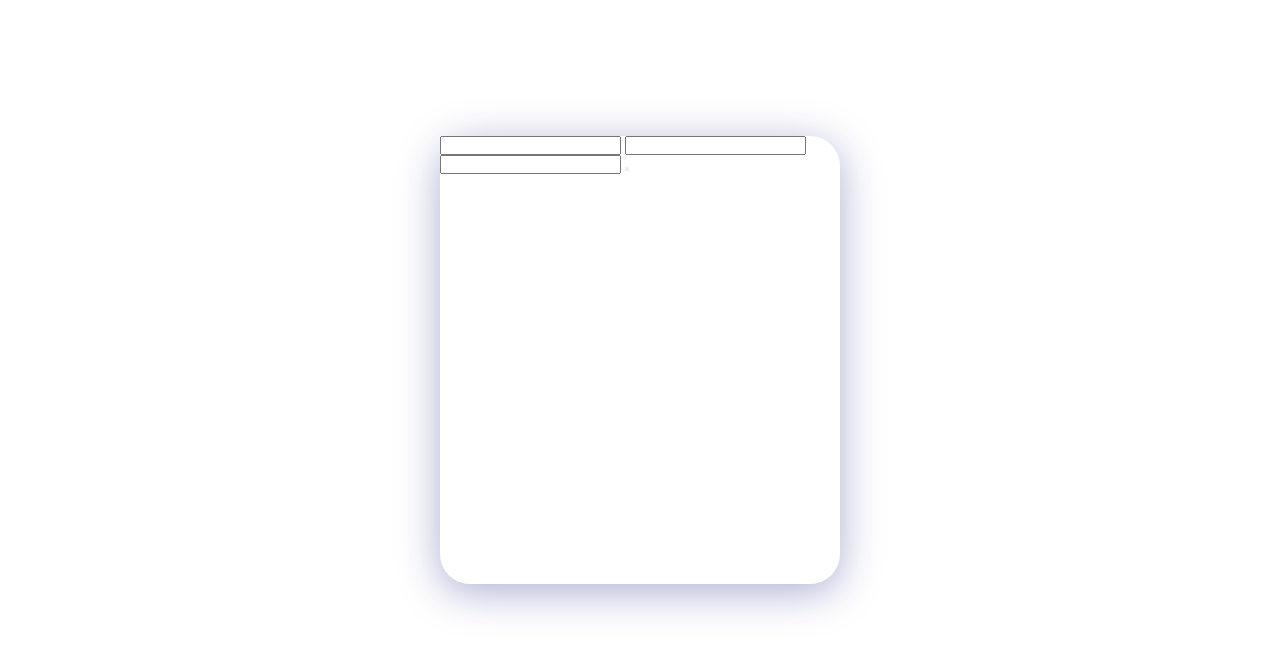
Repository: rkrukshan/Glass_Login_CSS
Page: login.html
The author's editor kept a copy of each file at every save. The page is drawn from the files as they stood at one save, then again after a run of saves.
The browser window is 1280 px wide. The pictures show the whole page.

Above is the page before, as saved 2023-10-02 22:07:35.

### login.html
<!DOCTYPE html>
<html lang="en">
<head>
    <style>
    *
    {
        margin: 0;
        padding: 0;
        box-sizing: border-box;
        cursor: pointer;
    }
    body
    {
        height: 100vh;
        width: 100%;
        display: flex;
        justify-content: center;
        align-items: center;
    }
    form
    {
        width: 25rem;
        height: 28rem;
        flex-direction: column;
        background: rgba(255, 255, 255, 0.06);
        box-shadow: 0 8px 41px 0 rgba(31, 38, 135, .37);
        border-radius: 30px;
        border-left: 1px solid rgba(red, green, blue, .3);
        border-top: 1px solid rgba(red, green, blue, .3);
    }
    input
    {
      width: ;
    }
    </style>
    <meta charset="UTF-8">
    <meta name="viewport" content="width=device-width, initial-scale=1.0">
    <title>Document</title>
</head>
<body>
    <form action="">
<label for=""></label>
        <input type="text">
<label for=""></label>
        <input type="text">
<label for=""></label>
        <input type="text">
        <button></button>
    </form>
</body>
</html>

After the next 4 saves:
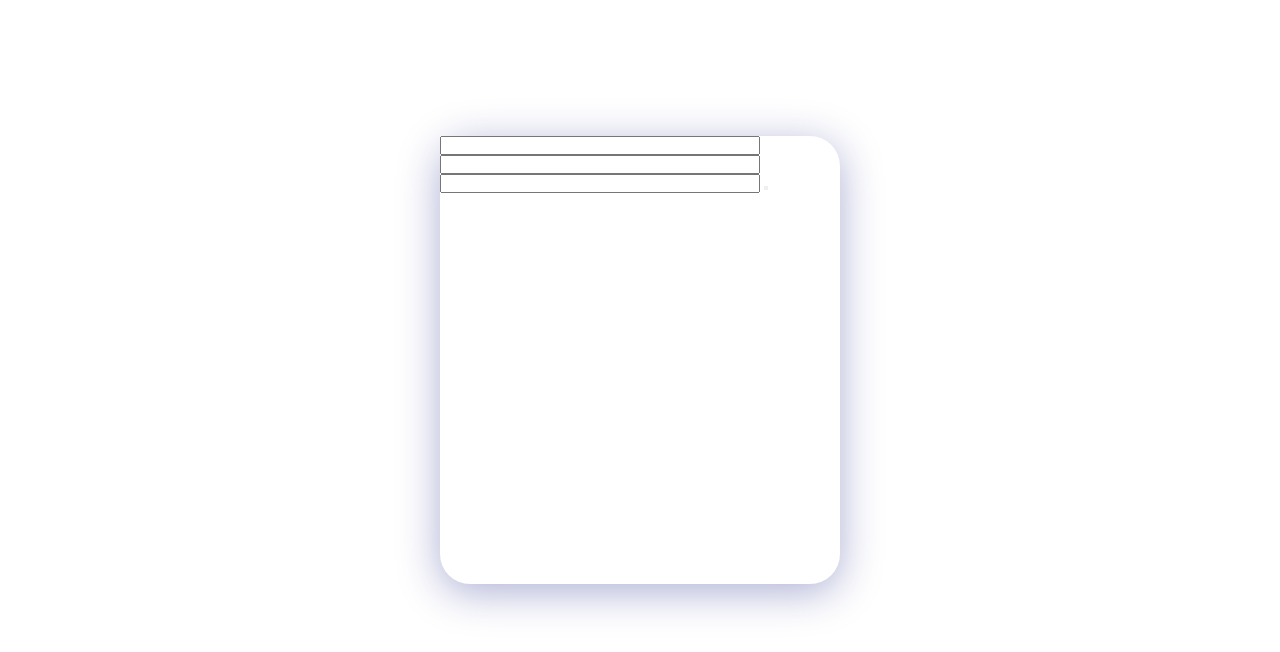
The 4 saves are shown as one change because they came seconds apart.
The last was saved 13 s later.
--- a/login.html
+++ b/login.html
@@ -30,7 +30,8 @@
     }
     input
     {
-      width: ;
+      width: 80%;
+      mar
     }
     </style>
     <meta charset="UTF-8">
